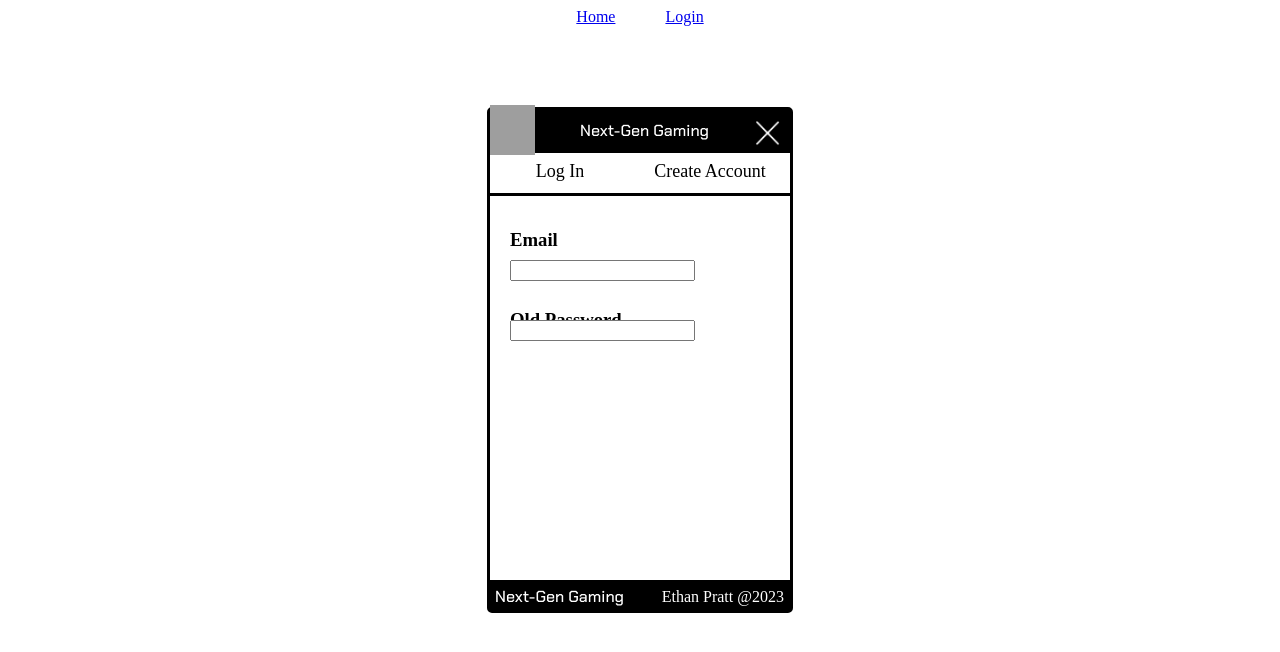
Repository: ghend99/login-page
Page: /change
These files come from the project's save history. The page is drawn as it stood at one moment and after the next save; the edit follows.
The browser window is 1280 px wide. The pictures show the whole page.
Pictures or frames that could not be fetched are drawn as grey boxes. The project was rebuilt for these pictures with package versions that can differ from the ones it lists, and the page was loaded fresh each time. Also part of the build but not shown: src/css/Create2.css, src/pages/Home.tsx, src/config/firebase.ts, src/pages/Login.tsx, src/css/Create.css, src/pages/Create.tsx, src/pages/Create2.tsx.

Above is the page before, as saved 2023-02-15 14:43:23.

### src/App.tsx
import React from "react";
import { BrowserRouter as Router, Routes, Route, Link } from "react-router-dom";
import "./css/App.css";
import "./css/LogIn.css";
import "./css/Create2.css";
import { Home } from "./pages/Home";
import { Login } from "./pages/Login";
import { Create } from "./pages/Create";
import { Create2 } from "./pages/Create2";
import { Change } from "./pages/Change";
import { Navbar } from "./Navbar";
function App() {
  return (
    <div className="App">
      <Router>
        <Navbar />
        <Routes>
          <Route path="/" element={<Home />} />
          <Route path="/login" element={<Login />} />
          <Route path="/change" element={<Change />} />
          <Route path="/create" element={<Create />} />
          <Route path="/create2" element={<Create2 />} />
        </Routes>
      </Router>
    </div>
  );
}

export default App;

### src/css/App.css
.App {
  text-align: center;
}

.App-logo {
  height: 40vmin;
  pointer-events: none;
}

@media (prefers-reduced-motion: no-preference) {
  .App-logo {
    animation: App-logo-spin infinite 20s linear;
  }
}

.App-header {
  background-color: #282c34;
  min-height: 100vh;
  display: flex;
  flex-direction: column;
  align-items: center;
  justify-content: center;
  font-size: calc(10px + 2vmin);
  color: white;
}

.App-link {
  color: #61dafb;
}

@keyframes App-logo-spin {
  from {
    transform: rotate(0deg);
  }
  to {
    transform: rotate(360deg);
  }
}

button {
  cursor: pointer;
}

### src/css/LogIn.css
@import url("https://fonts.googleapis.com/css2?family=Caveat&family=Chakra+Petch:wght@500&display=swap");

.container {
  position: fixed;
  border: solid;
  border-radius: 5px;
  background-color: white;
  height: 500px;
  width: 10%;
  min-width: 300px;
  top: 50%;
  left: 50%;
  transform: translate(-50%, -50%);
  min-width: none;
}

.login-title {
  left: 50px;
}

.navbar-home {
  margin-right: 50px;
}

.main-link {
  position: relative;
  display: grid;
  grid-template-columns: 1fr 1fr;
  border-bottom: solid;
  padding-top: 5px;
  padding-bottom: 5px;
}

.main-link-login,
.main-link-create-account {
  margin-left: 20px;
  font-size: 12px;
  font-size: 18px;
}

.main-login-title {
  position: relative;
  display: flex;
  left: 40px;
  font-size: 20px;
  margin-top: 20px;
  margin-bottom: 10px;
  font-family: "Chakra Petch";
}

.login {
  position: relative;
  display: flex;
  flex-direction: column;
  justify-content: middle;
  width: 300px;
  left: 5%;
  height: 100px;
}

.login-email {
  position: absolute;
  display: flex;
  height: 30px;
  width: 250px;
  margin-top: 15px;
  border: solid;

  border-width: 2.5px;
  border-radius: 2px;
}

.login-email-2 {
  position: absolute;
  display: flex;
  height: 30px;
  width: 250px;
  margin-top: 15px;
  border: solid;
  border-color: orange;
  border-width: 2.5px;
  border-radius: 2px;
}

.login-password {
  position: absolute;
  display: flex;
  margin-top: 40px;
  border: solid;
  height: 30px;
  width: 250px;
  border-width: 2.5px;
  border-radius: 2px;

  vertical-align: center;
  top: 20px;
}

.show-password {
  position: relative;
  left: 90px;
  top: -33px;
}

.login-confirm {
  position: relative;
  display: flex;
  justify-content: center;
  width: 280px;
  height: 30px;
  left: -7px;
  top: 100px;
  margin-top: 15px;
  padding-top: 5px;
  padding-bottom: 5px;
  cursor: pointer;
}

.reset-password {
  display: flex;
  position: relative;
  top: 100px;
}

.login-break {
  position: relative;
  display: flex;
  top: 30px;
  justify-content: center;
}

.google-login {
  position: relative;
  display: flex;
  top: 20px;
  width: 280px;
  height: 30px;
  left: 8px;
  justify-content: center;
  padding-top: 5px;
  padding-bottom: 5px;
}

### src/pages/Change.tsx
import "../css/Change.css";
import { Header } from "../components/Header";
import { Footer } from "../components/Footer";
import { MainLink } from "../components/MainLink";

export const Change = () => {
  return (
    <div className="container-change">
      <Header />
      <MainLink />
      <main>
        <h3 className="change-title--email">Email</h3>
        <input className="change-input--email" />
        <h3 className="change-title--old-password">Old Password</h3>
        <input className="change-input--old-password" />
      </main>
      <Footer />
    </div>
  );
};

### src/Navbar.tsx
import { Link } from "react-router-dom";

export const Navbar = () => {
  return (
    <div>
      <Link to="/" className="navbar-home">
        Home
      </Link>
      <Link to="/login">Login</Link>
    </div>
  );
};

### src/components/Header.tsx
import "../css/Header.css";
import { useNavigate } from "react-router-dom";
export const Header = () => {
  const navigate = useNavigate();

  const close = () => {
    navigate("/");
  };

  return (
    <div className="header">
      <img className="header-logo" src={require("../images/logo.png")} />
      <p className="header-title">Next-Gen Gaming</p>

      <img className="header-close" src={require("../images/Close.png")} />
      <button className="header-close--button" onClick={close} />
    </div>
  );
};

### src/components/Footer.tsx
import "../css/Footer.css";

export const Footer = () => {
  return (
    <div className="footer">
      <p className="footer-title">Next-Gen Gaming</p>
      <p className="footer-certification">Ethan Pratt @2023</p>
    </div>
  );
};

### src/components/MainLink.tsx
import { Link } from "react-router-dom";
import "../css/MainLink.css";

export const MainLink = () => {
  return (
    <div className="main-link">
      <Link className="main-link-login" to="/login">
        Log In
      </Link>
      <Link className="main-link-create-account" to="/create">
        Create Account
      </Link>
    </div>
  );
};

### src/css/Change.css
.container-change {
  position: fixed;
  border: solid;
  border-radius: 5px;
  background-color: white;
  height: 500px;
  width: 10%;
  min-width: 300px;
  top: 50%;
  left: 50%;
  transform: translate(-50%, -50%);
  min-width: none;
}

.change-title--email {
  position: absolute;
  display: flex;
  top: 100px;
  left: 20px;
}

.change-input--email {
  position: absolute;
  display: flex;
  top: 150px;
  left: 20px;
}

.change-title--old-password {
  position: absolute;
  display: flex;
  top: 180px;
  left: 20px;
}

.change-input--old-password {
  position: absolute;
  display: flex;
  top: 210px;
  left: 20px;
}

### src/css/Header.css
.header {
  position: relative;
  height: 40px;
  border-bottom: solid;
  background-color: black;
}

.header-logo {
  position: absolute;
  display: flex;
  top: -5px;
  height: 50px;
  width: 15%;
}

.header-title {
  position: absolute;
  display: flex;
  margin: 0;
  justify-content: center;
  left: 30%;
  top: 10px;
  font-family: "Chakra Petch";
  color: white;
}

.header-close {
  position: absolute;
  display: flex;
  right: 10px;
  top: 0;
  padding-top: 10px;
  padding-bottom: 10px;
  width: 25px;
  cursor: pointer;
}

.header-close--button {
  position: relative;
  display: flex;
  left: 257px;
  top: 5px;
  width: 37px;
  height: 33px;
  opacity: 0;
}

### src/css/Footer.css
.footer {
  position: fixed;
  height: 30px;
  background-color: black;
  bottom: 0;
  left: 0;
  right: 0;
}

.footer-title {
  position: absolute;
  display: flex;
  left: 5px;
  top: -10px;
  font-family: "Chakra Petch";
  color: white;
}

.footer-certification {
  position: absolute;
  display: flex;
  top: -8px;
  right: 6px;
  color: white;
}

### src/css/MainLink.css
.main-link {
  position: relative;
  display: grid;
  grid-template-columns: 1fr 1fr;
  border-bottom: solid;
  padding-top: 5px;
  padding-bottom: 5px;
  height: 30px;
}

.main-link-login {
  position: absolute;
  display: flex;
  left: 20px;
  margin-left: 20px;
  font-size: 12px;
  font-size: 18px;
  width: 60px;
  justify-content: center;
  padding-top: 8px;
  padding-bottom: 8px;
  text-decoration: none;
  color: black;
}

.main-link-login:hover,
.main-link-create-account:hover {
  border-bottom: solid;
  border-color: black;
}

.main-link-create-account {
  margin-right: 20px;
  font-size: 12px;
  font-size: 18px;
  position: absolute;
  display: flex;
  width: 120px;
  right: 0;
  justify-content: center;
  padding-top: 8px;
  padding-bottom: 8px;
  text-decoration: none;
  color: black;
}

Loaded but not shown: public/index.html (common file); src/index.tsx (common file)

After the next save:
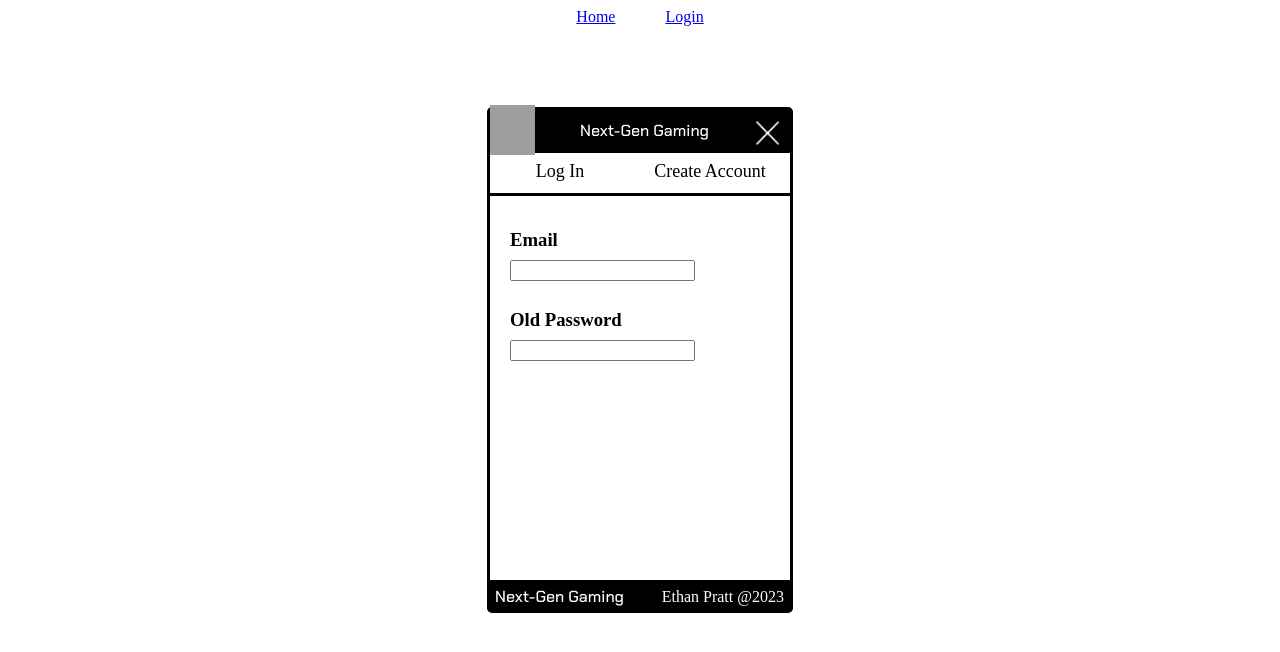
Saved 5 s later.
--- a/src/css/Change.css
+++ b/src/css/Change.css
@@ -36,6 +36,6 @@
 .change-input--old-password {
   position: absolute;
   display: flex;
-  top: 210px;
+  top: 230px;
   left: 20px;
 }
